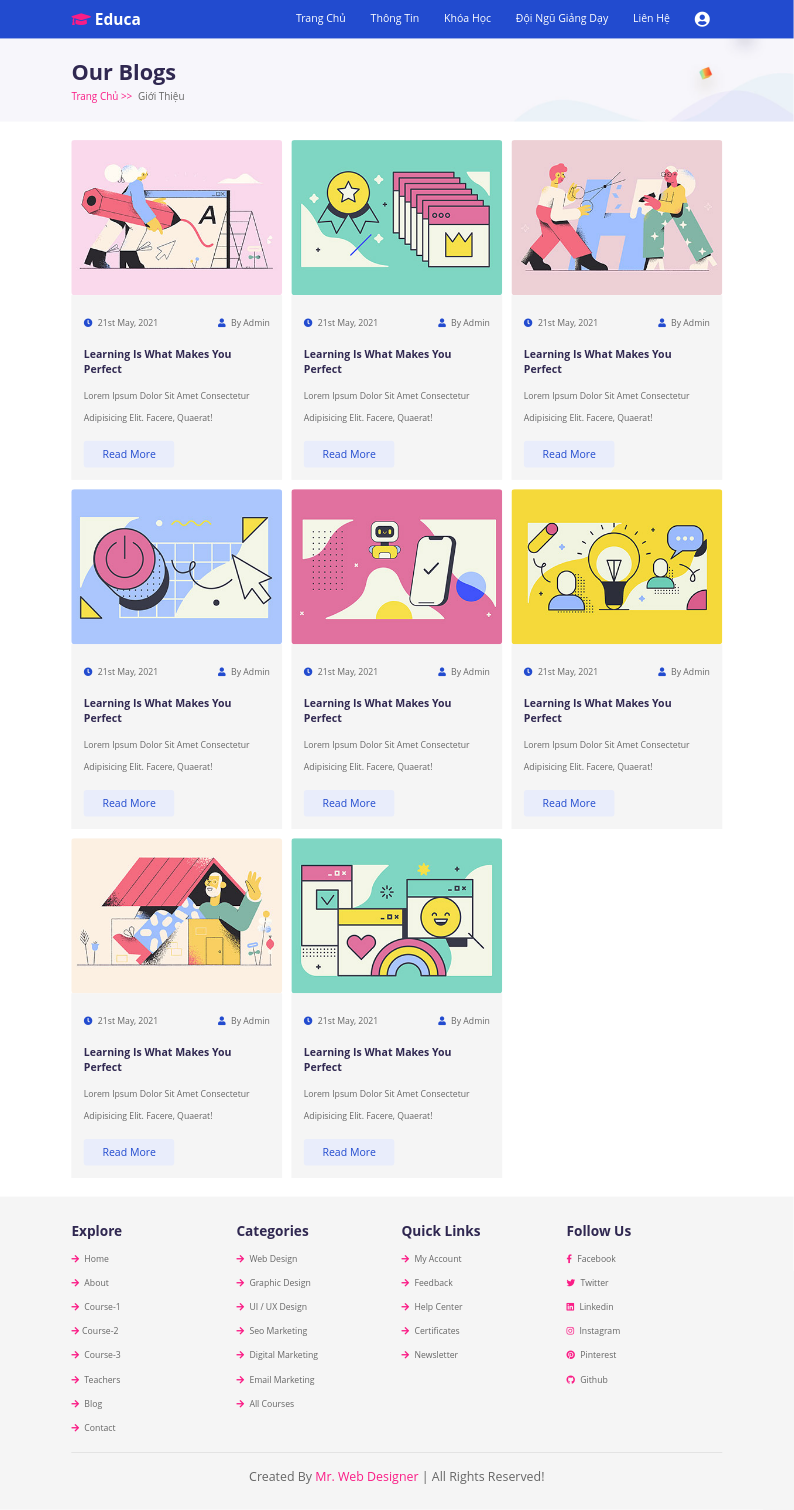
Repository: nhatkhanh022400/Layout
Page: Page-User/blog.html
These files come from the project's save history. The page is drawn as it stood at one moment and after the next save; the edit follows.
The browser window is 1280 px wide. The pictures show the whole page, at 62% of full size.

Above is the page before, as saved 2022-03-22 16:32:27.
Console error: ReferenceError: $ is not defined

### Page-User/blog.html
<!DOCTYPE html>
<html lang="en">
<head>
    <meta charset="UTF-8">
    <meta http-equiv="X-UA-Compatible" content="IE=edge">
    <meta name="viewport" content="width=device-width, initial-scale=1.0">
    <title>blog</title>

    <!-- font awesome cdn link  -->
    <link rel="stylesheet" href="https://cdnjs.cloudflare.com/ajax/libs/font-awesome/5.15.4/css/all.min.css">

    <!-- custom css file link  -->
    <link rel="stylesheet" href="css/style.css">
    <link rel="stylesheet" href="https://unpkg.com/aos@next/dist/aos.css" />

</head>
<body>

<!-- header section starts  -->

<header class="header">

    <a href="home.html" class="logo"> <i class="fas fa-graduation-cap"></i> educa </a>

    <div id="menu-btn" class="fas fa-bars"></div>

    <nav class="navbar">
        <ul>
            <li><a href="home.html">Trang Chủ</a></li>
            <li><a href="about.html">Thông Tin</a></li>
            <li><a href="#">Khóa Học</a>
                <ul>
                    <li><a href="course-1.html">Khóa Học Cơ Bản</a></li>
                    <li><a href="course-2.html">Khóa Học Nâng Cao </a></li>

                </ul>
            </li>
            <li>
                <a href="#">Đội Ngũ Giảng Dạy</a>
                <ul>
                    <li><a href="blog.html">Giới Thiệu</a></li>
                    <li><a href="teachers.html">Giảng Viên</a></li>
                </ul>
            </li>
            <li><a href="contact.html">Liên Hệ</a></li>
            <li>
                <a href="#">
                    <i class="fas fa-user-circle"></i>
                </a>
                <ul>
                    <li><a href="user.html">Profile</a></li>
                    <li><a href="sign-up.html">Đăng Xuất</a></li>
                </ul>

            </li>
        </ul>
    </nav>

</header>

<!-- header section ends -->

<section class="heading">
    <h3>our blogs</h3>
    <p> <a href="home.html">Trang Chủ >></a> Giới Thiệu </p>
</section>

<!-- blog section starts  -->

<section class="blog">

    <div class="box">
        <div class="image">
            <img src="images/blog-1.jpg" alt="">
        </div>
        <div class="content">
            <div class="icons">
                <a href="#"> <i class="fas fa-clock"></i> 21st may, 2021 </a>
                <a href="#"> <i class="fas fa-user"></i> by admin </a>
            </div>
            <h3>learning is what makes you perfect</h3>
            <p>Lorem ipsum dolor sit amet consectetur adipisicing elit. Facere, quaerat!</p>
            <a href="#" class="btn">read more</a>
        </div>
    </div>

    <div class="box">
        <div class="image">
            <img src="images/blog-2.jpg" alt="">
        </div>
        <div class="content">
            <div class="icons">
                <a href="#"> <i class="fas fa-clock"></i> 21st may, 2021 </a>
                <a href="#"> <i class="fas fa-user"></i> by admin </a>
            </div>
            <h3>learning is what makes you perfect</h3>
            <p>Lorem ipsum dolor sit amet consectetur adipisicing elit. Facere, quaerat!</p>
            <a href="#" class="btn">read more</a>
        </div>
    </div>

    <div class="box">
        <div class="image">
            <img src="images/blog-3.jpg" alt="">
        </div>
        <div class="content">
            <div class="icons">
                <a href="#"> <i class="fas fa-clock"></i> 21st may, 2021 </a>
                <a href="#"> <i class="fas fa-user"></i> by admin </a>
            </div>
            <h3>learning is what makes you perfect</h3>
            <p>Lorem ipsum dolor sit amet consectetur adipisicing elit. Facere, quaerat!</p>
            <a href="#" class="btn">read more</a>
        </div>
    </div>

    <div class="box">
        <div class="image">
            <img src="images/blog-4.jpg" alt="">
        </div>
        <div class="content">
            <div class="icons">
                <a href="#"> <i class="fas fa-clock"></i> 21st may, 2021 </a>
                <a href="#"> <i class="fas fa-user"></i> by admin </a>
            </div>
            <h3>learning is what makes you perfect</h3>
            <p>Lorem ipsum dolor sit amet consectetur adipisicing elit. Facere, quaerat!</p>
            <a href="#" class="btn">read more</a>
        </div>
    </div>

    <div class="box">
        <div class="image">
            <img src="images/blog-5.jpg" alt="">
        </div>
        <div class="content">
            <div class="icons">
                <a href="#"> <i class="fas fa-clock"></i> 21st may, 2021 </a>
                <a href="#"> <i class="fas fa-user"></i> by admin </a>
            </div>
            <h3>learning is what makes you perfect</h3>
            <p>Lorem ipsum dolor sit amet consectetur adipisicing elit. Facere, quaerat!</p>
            <a href="#" class="btn">read more</a>
        </div>
    </div>

    <div class="box">
        <div class="image">
            <img src="images/blog-6.jpg" alt="">
        </div>
        <div class="content">
            <div class="icons">
                <a href="#"> <i class="fas fa-clock"></i> 21st may, 2021 </a>
                <a href="#"> <i class="fas fa-user"></i> by admin </a>
            </div>
            <h3>learning is what makes you perfect</h3>
            <p>Lorem ipsum dolor sit amet consectetur adipisicing elit. Facere, quaerat!</p>
            <a href="#" class="btn">read more</a>
        </div>
    </div>

    <div class="box">
        <div class="image">
            <img src="images/blog-7.jpg" alt="">
        </div>
        <div class="content">
            <div class="icons">
                <a href="#"> <i class="fas fa-clock"></i> 21st may, 2021 </a>
                <a href="#"> <i class="fas fa-user"></i> by admin </a>
            </div>
            <h3>learning is what makes you perfect</h3>
            <p>Lorem ipsum dolor sit amet consectetur adipisicing elit. Facere, quaerat!</p>
            <a href="#" class="btn">read more</a>
        </div>
    </div>

    <div class="box">
        <div class="image">
            <img src="images/blog-8.jpg" alt="">
        </div>
        <div class="content">
            <div class="icons">
                <a href="#"> <i class="fas fa-clock"></i> 21st may, 2021 </a>
                <a href="#"> <i class="fas fa-user"></i> by admin </a>
            </div>
            <h3>learning is what makes you perfect</h3>
            <p>Lorem ipsum dolor sit amet consectetur adipisicing elit. Facere, quaerat!</p>
            <a href="#" class="btn">read more</a>
        </div>
    </div>

</section>

<!-- blog section ends -->












<!-- footer section starts  -->

<section class="footer">

    <div class="box-container">

        <div class="box">
            <h3>explore</h3>
            <a href="home.html"> <i class="fas fa-arrow-right"></i> home </a>
            <a href="about.html"> <i class="fas fa-arrow-right"></i> about </a>
            <a href="course-1.html"> <i class="fas fa-arrow-right"></i> course-1 </a>
            <a href="course-2.html"> <i class="fas fa-arrow-right"></i>course-2 </a>
            <a href="course-3.html"> <i class="fas fa-arrow-right"></i> course-3 </a>
            <a href="teachers.html"> <i class="fas fa-arrow-right"></i> teachers </a>
            <a href="blog.html"> <i class="fas fa-arrow-right"></i> blog </a>
            <a href="contact.html"> <i class="fas fa-arrow-right"></i> contact </a>
        </div>

        <div class="box">
            <h3>categories</h3>
            <a href="#"> <i class="fas fa-arrow-right"></i> web design </a>
            <a href="#"> <i class="fas fa-arrow-right"></i> graphic design</a>
            <a href="#"> <i class="fas fa-arrow-right"></i> UI / UX design</a>
            <a href="#"> <i class="fas fa-arrow-right"></i> seo marketing</a>
            <a href="#"> <i class="fas fa-arrow-right"></i> digital marketing</a>
            <a href="#"> <i class="fas fa-arrow-right"></i> email marketing</a>
            <a href="#"> <i class="fas fa-arrow-right"></i> all courses</a>
        </div>

        <div class="box">
            <h3>quick links</h3>
            <a href="#"> <i class="fas fa-arrow-right"></i> my account </a>
            <a href="#"> <i class="fas fa-arrow-right"></i> feedback </a>
            <a href="#"> <i class="fas fa-arrow-right"></i> help center </a>
            <a href="#"> <i class="fas fa-arrow-right"></i> certificates </a>
            <a href="#"> <i class="fas fa-arrow-right"></i> newsletter </a>
        </div>

        <div class="box">
            <h3>follow us</h3>
            <a href="#"> <i class="fab fa-facebook-f"></i> facebook </a>
            <a href="#"> <i class="fab fa-twitter"></i> twitter </a>
            <a href="#"> <i class="fab fa-linkedin"></i> linkedin </a>
            <a href="#"> <i class="fab fa-instagram"></i> instagram </a>
            <a href="#"> <i class="fab fa-pinterest"></i> pinterest </a>
            <a href="#"> <i class="fab fa-github"></i> github </a>
        </div>

    </div>

    <div class="credit"> created by <span>mr. web designer</span> | all rights reserved! </div>

</section>

<!-- footer section ends -->

<!-- custom js file link  -->
<script src="js/script.js"></script>
<script src="https://unpkg.com/aos@next/dist/aos.js"></script>
    <script>
        AOS.init();
    </script>

</body>
</html>

Loaded but not shown: Page-User/js/script.js (21 lines, source omitted); Page-User/css/style.css (832 lines, source omitted)

After the next save:
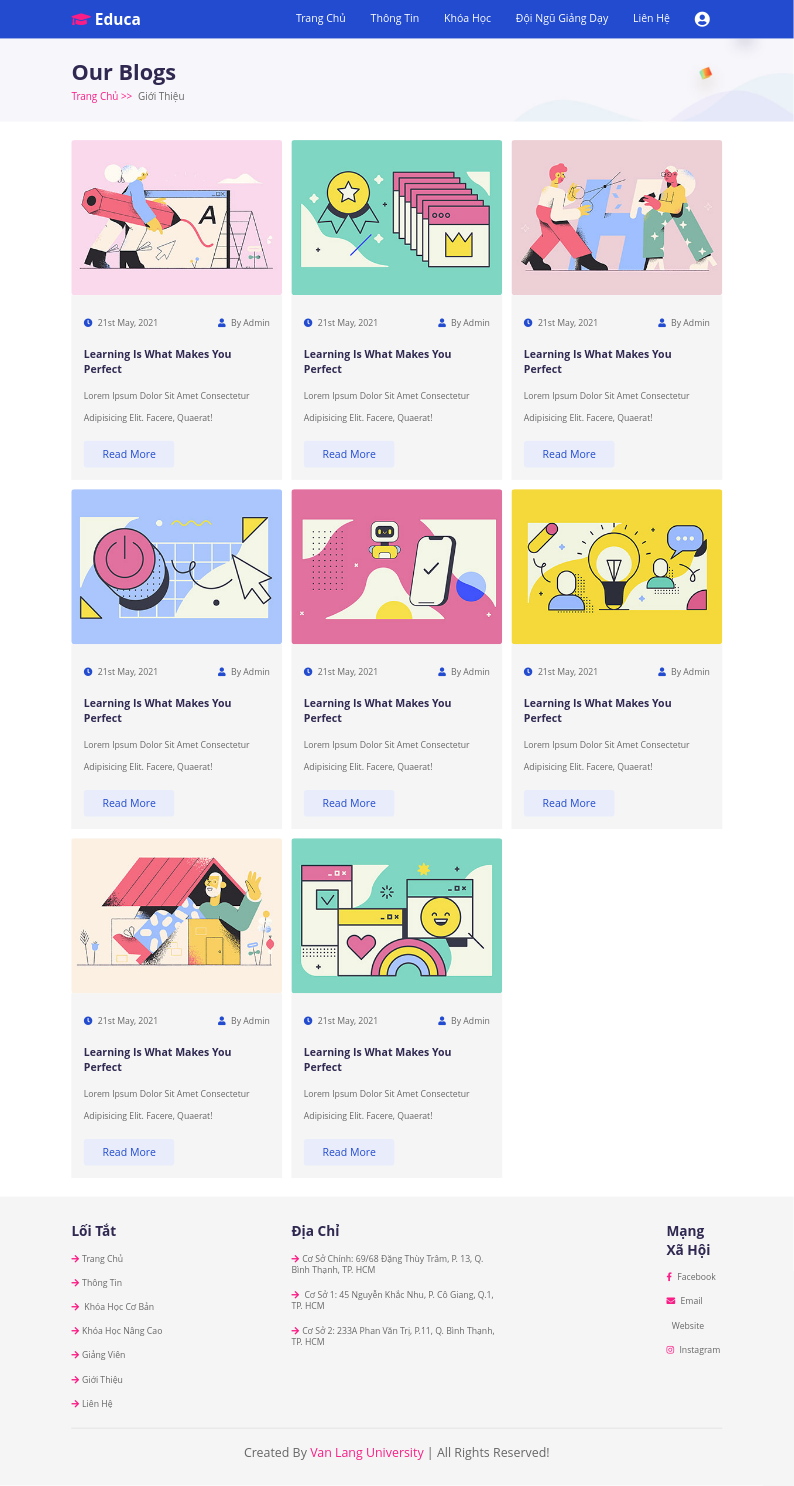
Saved 9 s later.
--- a/Page-User/blog.html
+++ b/Page-User/blog.html
@@ -211,50 +211,36 @@
     <div class="box-container">
 
         <div class="box">
-            <h3>explore</h3>
-            <a href="home.html"> <i class="fas fa-arrow-right"></i> home </a>
-            <a href="about.html"> <i class="fas fa-arrow-right"></i> about </a>
-            <a href="course-1.html"> <i class="fas fa-arrow-right"></i> course-1 </a>
-            <a href="course-2.html"> <i class="fas fa-arrow-right"></i>course-2 </a>
-            <a href="course-3.html"> <i class="fas fa-arrow-right"></i> course-3 </a>
-            <a href="teachers.html"> <i class="fas fa-arrow-right"></i> teachers </a>
-            <a href="blog.html"> <i class="fas fa-arrow-right"></i> blog </a>
-            <a href="contact.html"> <i class="fas fa-arrow-right"></i> contact </a>
+            <h3>Lối Tắt</h3>
+            <a href="home.html"> <i class="fas fa-arrow-right"></i>Trang Chủ</a>
+            <a href="about.html"> <i class="fas fa-arrow-right"></i>Thông Tin </a>
+            <a href="course-1.html"> <i class="fas fa-arrow-right"></i> Khóa Học Cơ Bản</a>
+            <a href="course-2.html"> <i class="fas fa-arrow-right"></i>Khóa Học Nâng Cao</a>
+            <a href="teachers.html"> <i class="fas fa-arrow-right"></i>Giảng Viên</a>
+            <a href="blog.html"> <i class="fas fa-arrow-right"></i>Giới Thiệu</a>
+            <a href="contact.html"> <i class="fas fa-arrow-right"></i>Liên Hệ</a>
         </div>
 
         <div class="box">
-            <h3>categories</h3>
-            <a href="#"> <i class="fas fa-arrow-right"></i> web design </a>
-            <a href="#"> <i class="fas fa-arrow-right"></i> graphic design</a>
-            <a href="#"> <i class="fas fa-arrow-right"></i> UI / UX design</a>
-            <a href="#"> <i class="fas fa-arrow-right"></i> seo marketing</a>
-            <a href="#"> <i class="fas fa-arrow-right"></i> digital marketing</a>
-            <a href="#"> <i class="fas fa-arrow-right"></i> email marketing</a>
-            <a href="#"> <i class="fas fa-arrow-right"></i> all courses</a>
-        </div>
-
-        <div class="box">
-            <h3>quick links</h3>
-            <a href="#"> <i class="fas fa-arrow-right"></i> my account </a>
-            <a href="#"> <i class="fas fa-arrow-right"></i> feedback </a>
-            <a href="#"> <i class="fas fa-arrow-right"></i> help center </a>
-            <a href="#"> <i class="fas fa-arrow-right"></i> certificates </a>
-            <a href="#"> <i class="fas fa-arrow-right"></i> newsletter </a>
-        </div>
-
-        <div class="box">
-            <h3>follow us</h3>
+            <h3>Địa Chỉ</h3>
+            <a href="#"> <i class="fas fa-arrow-right"></i>Cơ sở chính: 69/68 Đặng Thùy Trâm, P. 13, Q. Bình Thạnh, TP. HCM</a>
+            <a href="#"> <i class="fas fa-arrow-right"></i> Cơ sở 1: 45 Nguyễn Khắc Nhu, P. Cô Giang, Q.1, TP. HCM</a>
+            <a href="#"> <i class="fas fa-arrow-right"></i>Cơ sở 2: 233A Phan Văn Trị, P.11, Q. Bình Thạnh, TP. HCM</a>
+
+        </div>
+
+        <div class="box" style="margin-left: 25rem;">
+            <h3>Mạng Xã Hội</h3>
             <a href="#"> <i class="fab fa-facebook-f"></i> facebook </a>
-            <a href="#"> <i class="fab fa-twitter"></i> twitter </a>
-            <a href="#"> <i class="fab fa-linkedin"></i> linkedin </a>
+            <a href="#"> <i class="fas fa-envelope"></i> email</a>
+            <a href="#"> <i class="far fa-browser"></i> website </a>
             <a href="#"> <i class="fab fa-instagram"></i> instagram </a>
-            <a href="#"> <i class="fab fa-pinterest"></i> pinterest </a>
-            <a href="#"> <i class="fab fa-github"></i> github </a>
-        </div>
-
-    </div>
-
-    <div class="credit"> created by <span>mr. web designer</span> | all rights reserved! </div>
+
+        </div>
+
+    </div>
+
+    <div class="credit"> created by <span>Van Lang University</span> | all rights reserved! </div>
 
 </section>
 
